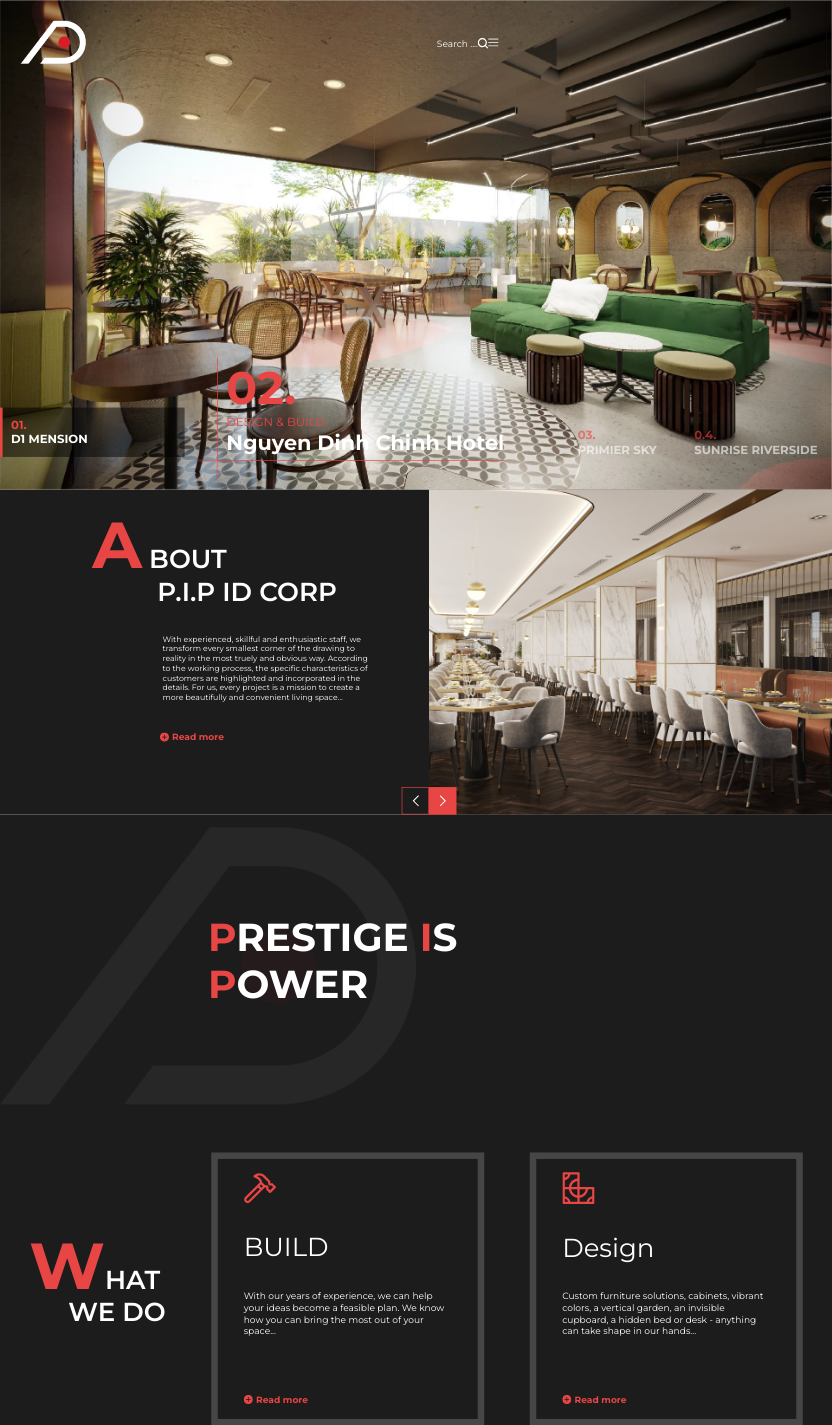
Repository: huudang2840/pipHomePage
Page: index.html
The author's editor kept a copy of each file at every save. The page is drawn from the files as they stood at one save, then again after a run of saves.
The browser window is 1280 px wide. The pictures show the whole page, at 65% of full size.

Above is the page before, as saved 2023-03-21 15:19:27.

### index.html
<!DOCTYPE html>
<html lang="en">
  <head>
    <meta charset="UTF-8" />
    <meta http-equiv="X-UA-Compatible" content="IE=edge" />
    <meta name="viewport" content="width=device-width, initial-scale=1.0" />
    <title>Pip Home Page</title>

    <!-- CSS -->
    <link rel="stylesheet" href="style/style.css" />

    <!-- Fonts -->
    <link rel="preconnect" href="https://fonts.googleapis.com" />
    <link rel="preconnect" href="https://fonts.gstatic.com" crossorigin />
    <link
      href="https://fonts.googleapis.com/css2?family=Montserrat:wght@400;600;700&display=swap"
      rel="stylesheet"
    />
  </head>
  <body>
    <!-- Header -->
    <header class="header">
      <div class="header__img">
        <img src="/img/logo.png" alt="" />
      </div>
      <div class="header__option">
        <div class="option__search">
          <p>Search ....</p>
          <svg
            width="16"
            height="17"
            viewBox="0 0 16 17"
            fill="none"
            xmlns="http://www.w3.org/2000/svg"
          >
            <path
              d="M15.7189 14.9442L12.6438 11.8691C13.5758 10.6491 14.0869 9.16936 14.0871 7.60786C14.0871 5.72609 13.3542 3.95682 12.0234 2.62623C10.6928 1.29564 8.92376 0.562744 7.04176 0.562744C5.15999 0.562744 3.39072 1.29564 2.06013 2.62623C-0.68671 5.3733 -0.68671 9.84287 2.06013 12.5895C3.39072 13.9203 5.15999 14.6532 7.04176 14.6532C8.60326 14.653 10.0831 14.1419 11.3031 13.2099L14.3781 16.285C14.563 16.4701 14.8059 16.5627 15.0485 16.5627C15.2911 16.5627 15.5339 16.4701 15.7189 16.285C16.0892 15.9148 16.0892 15.3143 15.7189 14.9442ZM3.40091 11.2487C1.39344 9.24124 1.39368 5.97471 3.40091 3.96701C4.37339 2.99476 5.66649 2.4591 7.04176 2.4591C8.41726 2.4591 9.71012 2.99476 10.6826 3.96701C11.6551 4.93949 12.1908 6.23258 12.1908 7.60786C12.1908 8.98336 11.6551 10.2762 10.6826 11.2487C9.71012 12.2212 8.41726 12.7568 7.04176 12.7568C5.66649 12.7568 4.37339 12.2212 3.40091 11.2487Z"
              fill="white"
            />
          </svg>
        </div>
        <div class="option__lang"></div>
        <div class="option__menu">
          <svg
            width="16"
            height="13"
            viewBox="0 0 16 13"
            fill="none"
            xmlns="http://www.w3.org/2000/svg"
          >
            <path
              d="M16 10.9167V12.25H0V10.9167H16ZM16 5.58333V6.91667H0V5.58333H16ZM16 0.25V1.58333H0V0.25H16Z"
              fill="white"
            />
          </svg>
        </div>
        <div class="option__share"></div>
      </div>
    </header>

    <!-- Main -->
    <section>
      <div class="intro">
        <div class="intro__background">
          <img src="/img/page1.png" alt="" srcset="" id="masked" />
        </div>
        <div class="intro__list">
          <div class="list__left">
            <div>
              <span>
                <p>01.</p>
                <p>D1 Mension</p>
              </span>
            </div>
            <div>
              <span id="active_intro">
                <h1>02.</h1>
                <p>Design & build</p>
                <h1>Nguyen Dinh Chinh Hotel</h1>
                <div class="border__box"></div>
              </span>
            </div>
          </div>

          <div class="list__right">
            <div>
              <span>
                <p>03.</p>
                <p>Primier Sky</p>
              </span>
            </div>
            <div>
              <span>
                <p>0.4.</p>
                <p>Sunrise Riverside</p>
              </span>
            </div>
          </div>
        </div>
      </div>
      <div class="about">
        <div class="about__left">
          <span>
            <span>
              <h1><span class="text-red">A</span> bout</h1>
            </span>
            <h1 class="ml-100">P.I.P ID CORP</h1>
          </span>
          <span class="about__left__textaera">
            <p>
              With experienced, skillful and enthusiastic staff, we transform every smallest corner
              of the drawing to reality in the most truely and obvious way. According to the working
              process, the specific characteristics of customers are highlighted and incorporated in
              the details. For us, every project is a mission to create a more beautifully and
              convenient living space…
            </p>
          </span>
          <div class="read-more">
            <svg
              width="14"
              height="14"
              viewBox="0 0 14 14"
              fill="none"
              xmlns="http://www.w3.org/2000/svg"
            >
              <path
                d="M7 0C3.14005 0 0 3.14005 0 7C0 10.86 3.14005 14 7 14C10.86 14 14 10.86 14 7C14 3.14005 10.86 0 7 0ZM10.0625 7.5833H7.5833V10.0625C7.5833 10.3845 7.32204 10.6458 7 10.6458C6.67796 10.6458 6.4167 10.3845 6.4167 10.0625V7.5833H3.9375C3.61546 7.5833 3.3542 7.32204 3.3542 7C3.3542 6.67796 3.61546 6.4167 3.9375 6.4167H6.4167V3.9375C6.4167 3.61546 6.67796 3.3542 7 3.3542C7.32204 3.3542 7.5833 3.61546 7.5833 3.9375V6.4167H10.0625C10.3845 6.4167 10.6458 6.67796 10.6458 7C10.6458 7.32204 10.3845 7.5833 10.0625 7.5833Z"
                fill="#E84545"
              />
            </svg>
            <p>Read more</p>
          </div>
          <div class="arrow_prev">
            <svg
              width="11"
              height="18"
              viewBox="0 0 11 18"
              fill="none"
              xmlns="http://www.w3.org/2000/svg"
            >
              <path d="M10 17L2 9L10 1" stroke="white" stroke-width="1.6" />
            </svg>
          </div>
        </div>
        <div class="about__right">
          <img src="/img/about.jpeg" alt="" />
          <div class="arrow_next">
            <svg
              width="11"
              height="18"
              viewBox="0 0 11 18"
              fill="none"
              xmlns="http://www.w3.org/2000/svg"
            >
              <path d="M1 1L9 9L1 17" stroke="white" stroke-width="1.6" />
            </svg>
          </div>
        </div>
      </div>
      <div class="wedo">
        <div class="wedo__top">
          <div class="wedo__top__logo">
            <img src="/img/logo2.png" alt="" srcset="" />
          </div>
          <h2 class="wedo__top__text"><span>P</span>restige <span>i</span>s <span>P</span>ower</h2>
        </div>
        <div class="wedo__bottom">
          <span>
            <h1 class="wedo__bottom__text"><span class="text-red">W</span>hat</h1>
            <h1 class="wedo__bottom__text">We do</h1>
          </span>

          <div class="wedo__bottom__item selected">
            <!-- <img src="/img/wedo1.png" alt="" /> -->
            <svg
              width="50"
              height="48"
              viewBox="0 0 50 48"
              fill="none"
              xmlns="http://www.w3.org/2000/svg"
            >
              <path
                d="M48.9873 21.1033L44.931 17.0479C44.6268 16.7437 44.2209 16.5625 43.7911 16.5386L40.962 16.3804L40.8901 13.6863C40.8782 13.2385 40.6953 12.8113 40.3783 12.4951L32.3717 4.48853C30.1056 2.22241 27.0927 0.973145 23.8875 0.973145C23.8849 0.973145 23.8823 0.973145 23.8798 0.973145C20.6754 0.974854 17.6633 2.22412 15.3989 4.48853C14.9683 4.91919 14.7922 5.54126 14.9341 6.13257C15.0759 6.72559 15.5151 7.20068 16.0936 7.39038C22.7092 9.54797 24.1731 12.4049 24.6757 15.0402L2.11755 37.5984C-0.0357666 39.7517 -0.0357666 43.2551 2.11755 45.4084C4.27087 47.5618 7.77429 47.5618 9.92761 45.4084L28.4667 26.8694C28.4674 26.8686 28.4685 26.8684 28.4692 26.8677C28.47 26.8669 28.4702 26.8659 28.4709 26.8651L32.5843 22.7518L34.5305 22.804L34.6976 25.6372C34.7224 26.0645 34.9036 26.4695 35.2069 26.772L39.2632 30.8274C39.605 31.1692 40.0527 31.3401 40.5005 31.3401C40.9482 31.3401 41.396 31.1692 41.7378 30.8274L48.9873 23.5779C49.3154 23.2498 49.5 22.8054 49.5 22.3406C49.5 21.8757 49.3154 21.4314 48.9873 21.1033ZM38.1523 24.7673L37.978 21.8125C37.9532 21.3853 37.7721 20.9802 37.4688 20.6777L36.6296 19.8386C36.285 19.5467 35.8884 19.3765 35.4393 19.3259L32.6357 19.2507L28.1915 14.8074C27.6429 11.4988 26.0912 7.94067 20.2883 5.26782C21.3983 4.74829 22.6194 4.47485 23.8823 4.47314H23.8875C26.157 4.47314 28.2915 5.35669 29.8971 6.96313L37.4106 14.4758L37.4858 17.3025C37.5493 17.7349 37.6595 18.1839 37.9918 18.4919L37.9952 18.4886C37.9967 18.4901 37.997 18.4922 37.9985 18.4937L38.8265 19.3208C39.1307 19.625 39.5366 19.8062 39.9656 19.8301L42.929 19.9958L45.2754 22.3406L40.5005 27.1155L38.1523 24.7673ZM7.453 42.9338C6.66345 43.7234 5.38171 43.7234 4.59216 42.9338C3.80347 42.1443 3.80347 40.8625 4.59216 40.073L21.8961 22.7691L24.7569 25.6299L7.453 42.9338ZM27.2315 23.1553L24.3707 20.2945L26.5492 18.116L29.41 20.9768L27.2315 23.1553Z"
                fill="#E84545"
              />
            </svg>
            <h3>BUILD</h3>
            <p>
              With our years of experience, we can help your ideas become a feasible plan. We know
              how you can bring the most out of your space...
            </p>
            <div class="read-more">
              <svg
                width="14"
                height="14"
                viewBox="0 0 14 14"
                fill="none"
                xmlns="http://www.w3.org/2000/svg"
              >
                <path
                  d="M7 0C3.14005 0 0 3.14005 0 7C0 10.86 3.14005 14 7 14C10.86 14 14 10.86 14 7C14 3.14005 10.86 0 7 0ZM10.0625 7.5833H7.5833V10.0625C7.5833 10.3845 7.32204 10.6458 7 10.6458C6.67796 10.6458 6.4167 10.3845 6.4167 10.0625V7.5833H3.9375C3.61546 7.5833 3.3542 7.32204 3.3542 7C3.3542 6.67796 3.61546 6.4167 3.9375 6.4167H6.4167V3.9375C6.4167 3.61546 6.67796 3.3542 7 3.3542C7.32204 3.3542 7.5833 3.61546 7.5833 3.9375V6.4167H10.0625C10.3845 6.4167 10.6458 6.67796 10.6458 7C10.6458 7.32204 10.3845 7.5833 10.0625 7.5833Z"
                  fill="#E84545"
                />
              </svg>
              <p>Read more</p>
            </div>
          </div>
          <div class="wedo__bottom__item">
            <svg
              width="50"
              height="50"
              viewBox="0 0 50 50"
              fill="none"
              xmlns="http://www.w3.org/2000/svg"
            >
              <path
                d="M47.75 23.25H26.75V2.25C26.75 1.28357 25.9664 0.5 25 0.5H2.25C1.28357 0.5 0.5 1.28357 0.5 2.25V47.75C0.5 48.7164 1.28357 49.5 2.25 49.5H47.75C48.7164 49.5 49.5 48.7164 49.5 47.75V39V25C49.5 24.0336 48.7164 23.25 47.75 23.25ZM46 37.4081C41.6125 38.1488 38.1488 41.6125 37.4081 46H26.75V39.7627C33.554 38.9605 38.9605 33.554 39.7627 26.75H46V37.4081ZM46 46H40.9713C41.6062 43.5433 43.5433 41.6062 46 40.9713V46ZM4 12.5919C8.3875 11.8512 11.8512 8.3875 12.5919 4H23.25V10.2373C16.446 11.0395 11.0395 16.446 10.2373 23.25H4V12.5919ZM4 4H9.02869C8.3938 6.45667 6.45667 8.3938 4 9.02869V4ZM23.25 26.75V36.226C18.3799 35.4688 14.5312 31.6201 13.774 26.75H23.25ZM26.75 26.75H36.2408C35.4855 31.6218 31.6204 35.4564 26.75 36.2148V26.75ZM23.25 23.25H13.7852C14.5436 18.3796 18.3782 14.5145 23.25 13.7592V23.25ZM4 46V40.9713C6.45667 41.6062 8.3938 43.5433 9.02869 46H4ZM4 37.4081V26.75H10.2373C11.0395 33.554 16.446 38.9605 23.25 39.7627V46H12.5919C11.8512 41.6125 8.3875 38.1488 4 37.4081Z"
                fill="#E84545"
              />
            </svg>
            <h3>Design</h3>
            <p>
              Custom furniture solutions, cabinets, vibrant colors, a vertical garden, an invisible
              cupboard, a hidden bed or desk - anything can take shape in our hands...
            </p>
            <div class="read-more">
              <svg
                width="14"
                height="14"
                viewBox="0 0 14 14"
                fill="none"
                xmlns="http://www.w3.org/2000/svg"
              >
                <path
                  d="M7 0C3.14005 0 0 3.14005 0 7C0 10.86 3.14005 14 7 14C10.86 14 14 10.86 14 7C14 3.14005 10.86 0 7 0ZM10.0625 7.5833H7.5833V10.0625C7.5833 10.3845 7.32204 10.6458 7 10.6458C6.67796 10.6458 6.4167 10.3845 6.4167 10.0625V7.5833H3.9375C3.61546 7.5833 3.3542 7.32204 3.3542 7C3.3542 6.67796 3.61546 6.4167 3.9375 6.4167H6.4167V3.9375C6.4167 3.61546 6.67796 3.3542 7 3.3542C7.32204 3.3542 7.5833 3.61546 7.5833 3.9375V6.4167H10.0625C10.3845 6.4167 10.6458 6.67796 10.6458 7C10.6458 7.32204 10.3845 7.5833 10.0625 7.5833Z"
                  fill="#E84545"
                />
              </svg>
              <p>Read more</p>
            </div>
          </div>
        </div>
      </div>
      <div class="projects"></div>
      <div class="customer"></div>
      <div class="contact"></div>
    </section>

    <!-- Footer -->
    <footer></footer>
  </body>
  <script src="/js/index.js"></script>
</html>

### style/style.css
:root {
  --color-bg: #1c1c1c;
  --color-red: #e84545;
}
* {
  margin: 0;
  padding: 0;
  color: white;
  font-family: "Montserrat", sans-serif;
  font-size: 14px;
  font-weight: 400;
  list-style: none;
}
/* Header */
.header {
  position: fixed;
  display: flex;
  width: 100%;
  background-color: transparent;
  justify-content: space-between;
  align-items: center;
  z-index: 10;
  padding: 32px;
}
.header__img {
  flex: 1;
}
.header__img > img {
  width: 100px;
  height: 66px;
}
#masked {
  z-index: 10;
  /* background-color: black; */
  /* background: radial-gradient(50% 50% at 50% 50%, rgba(0, 0, 0, 0) 0%, #000000 100%); */

  /* -webkit-mask-image: radial-gradient(
    circle at 50% 50%,
    rgb(0, 0, 0) 40%,
    rgba(0, 0, 0, 0.617) 70%
  ); */

  /* -webkit-mask-image: radial-gradient(circle at center, red 0, blue, green 100%); */
}

.header__option {
  flex: 1;
  width: 100px;
  height: 66px;
  display: flex;
  align-items: center;
}

.option__search {
  display: flex;
}
.option__menu {
  width: 50px;
}

/* Intro */
.intro {
  position: relative;
}
.intro__background {
  height: 100%;
  width: 100%;
}

.intro__background > img {
  width: 100%;
  object-fit: cover;
  display: block;
}
.intro__list {
  display: flex;
  width: 100%;
  position: absolute;
  bottom: 50px;
  justify-content: space-between;
}

.intro__list span {
  height: 100%;
  display: flex;
  flex-direction: column;
  justify-content: center;
  padding-left: 13px;
}
.intro__list span > * {
  font-size: 18px;
  font-weight: 700;
  text-transform: uppercase;
  z-index: 10;
}
.intro__list span > p:nth-child(1) {
  color: var(--color-red);
}
.list__left {
  display: flex;
  flex: 2;
}
.list__left div:nth-child(1) {
  height: 76px;
  width: 280px;
  align-self: end;
  border-left: 4px solid var(--color-red);
  background: rgb(0, 0, 0, 0.5);
}

.list__right {
  display: flex;
  flex: 1;
  align-self: flex-end;
  opacity: 0.6;
  justify-content: space-around;
}

#active_intro {
  margin-left: 50px;
  border-bottom: 1px solid var(--color-red);
  border-left: 1px solid var(--color-red);
  position: relative;
  padding-bottom: 5px;
}
#active_intro h1:nth-child(1) {
  font-size: 70px;
  color: var(--color-red);
}
#active_intro p {
  font-size: 18px;
  font-weight: 400;
  color: var(--color-red);
}
#active_intro h1:nth-child(3) {
  font-size: 32px;
  text-transform: none;
}

.border__box {
  position: absolute;
  left: -31px;
  bottom: -31px;
  height: 30px;
  width: 30px;
  border-top: 1px solid var(--color-red);
  border-right: 1px solid var(--color-red);
}
/* About */
.about {
  background-color: var(--color-bg);
  display: flex;
  height: 500px;
}
.about__left {
  flex: 1;
  padding-top: 60px;
  display: flex;
  flex-direction: column;
  align-items: center;
  position: relative;
}
.arrow_prev {
  display: flex;
  position: absolute;
  height: 40px;
  width: 40px;
  border: 1.6px solid var(--color-red);
  align-items: center;
  justify-content: center;
  bottom: 0;
  right: 0;
}
.text-red {
  font-weight: 700;
  font-size: 100px;
  /* line-height: 195px; */
  color: var(--color-red);
}
.about__left h1 {
  font-weight: 600;
  font-size: 40px;
  text-transform: uppercase;
  line-height: 50px;
}
.text-about {
  display: flex;
}
.about__right {
  flex: 1;
  position: relative;
}
.arrow_next {
  display: flex;
  position: absolute;
  height: 40px;
  width: 40px;
  border: 1.6px solid var(--color-red);
  background-color: var(--color-red);
  align-items: center;
  justify-content: center;
  bottom: 0;
  left: 1;
}
.about__right > img {
  height: 100%;
  width: 100%;
  object-fit: cover;
}
.about__left__textaera {
  margin-top: 40px;
}
.about__left__textaera p {
  margin-left: 250px;
  margin-right: 90px;
  width: 320px;
  overflow-wrap: break-word;
  font-size: 12px;
}
.read-more {
  display: flex;
  margin-top: 45px;
  margin-right: 70px;
  align-items: center;
}
.read-more p {
  margin-left: 5px;
  color: var(--color-red);
  font-weight: 700;
}
.ml-100 {
  margin-left: 100px;
}

/* Wedo */
.wedo {
  background-color: var(--color-bg);
}
.wedo__top {
  position: relative;
  width: 100%;
}

.wedo__top__logo {
  padding-top: 20px;
  opacity: 0.05;
  width: 50%;
}
.wedo__top__text {
  position: absolute;
  top: 50%;
  left: 50%;
  /* width: 100%; */
  transform: translate(-50%, -50%);
  font-weight: 700;
  font-size: 60px;
  text-transform: uppercase;
}

.wedo__top__text span {
  font-weight: 700;
  font-size: 60px;
  color: var(--color-red);
}

.wedo__top__logo img {
  width: 100%;
  height: 100%;
}
.wedo__bottom {
  display: flex;
  align-items: center;
  justify-content: center;
  padding-top: 70px;
}
.wedo__bottom__text:nth-child(2) {
  margin-left: 60px;
}
.wedo__bottom__item {
  height: 400px;
  width: 400px;
  border: 10px solid #464646;
  margin-left: 70px;
  display: flex;
  flex-direction: column;
  justify-content: space-around;
}
.selected {
  border: 10px solid #464646;
}
.wedo__bottom__item > * {
  padding: 0 40px;
}
.wedo__bottom__item h3 {
  font-size: 40px;
}

.wedo__bottom h1 {
  font-weight: 600;
  font-size: 40px;
  text-transform: uppercase;
  line-height: 50px;
}

Loaded but not shown: js/index.js (no copy from this time; the picture is the same without it)

After the next 2 saves:
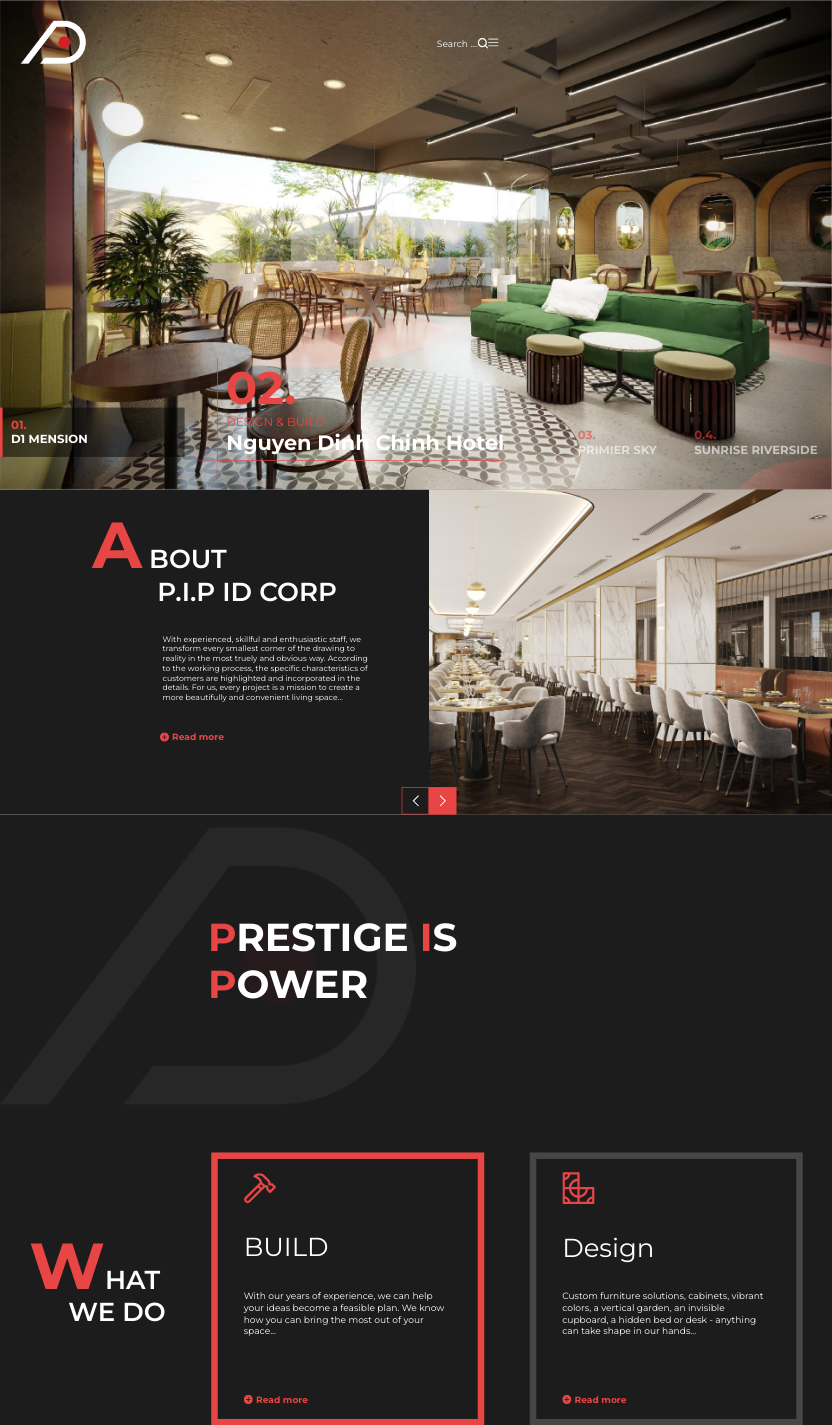
The 2 saves are shown as one change because they came seconds apart.
The last was saved 12 s later.
--- a/style/style.css
+++ b/style/style.css
@@ -286,7 +286,7 @@
   justify-content: space-around;
 }
 .selected {
-  border: 10px solid #464646;
+  border: 10px solid var(--color-red);
 }
 .wedo__bottom__item > * {
   padding: 0 40px;
